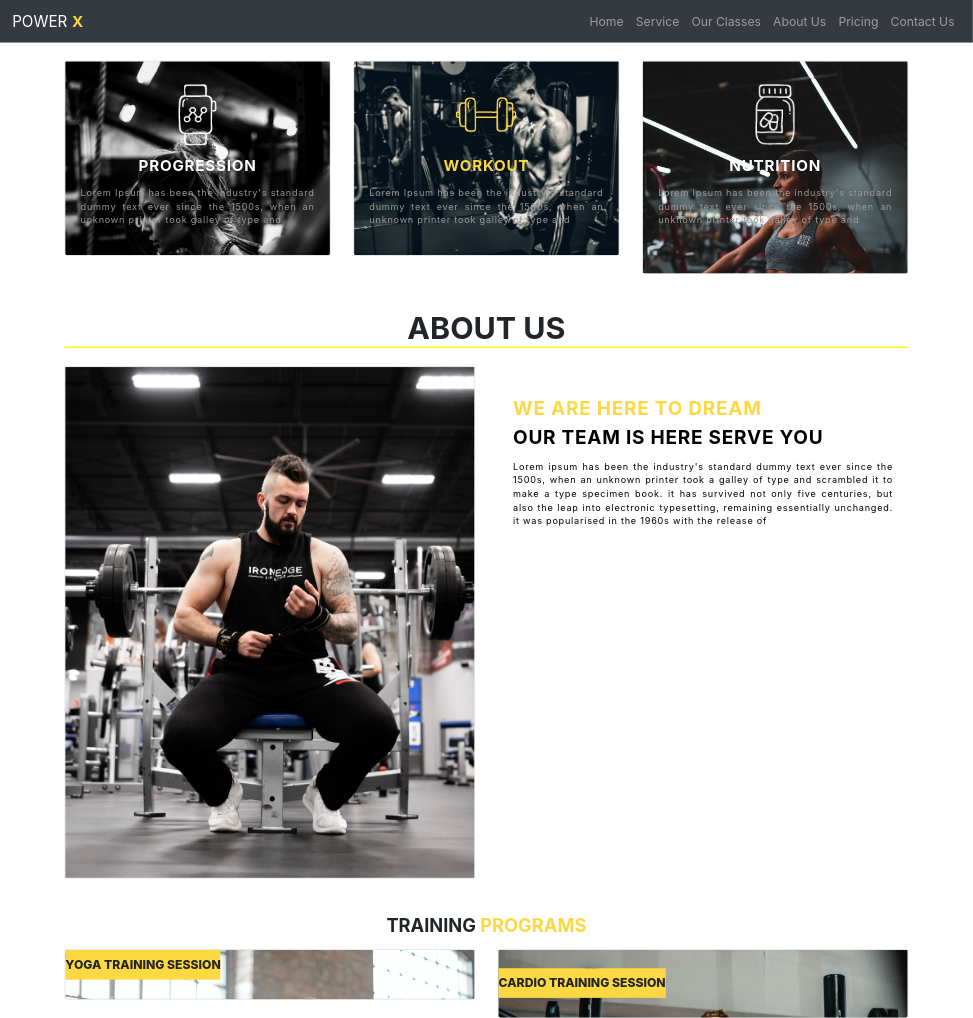
Repository: arif286/power-x-gym
Page: /
The author's editor kept a copy of each file at every save. The page is drawn from the files as they stood at one save, then again after the next save.
The browser window is 1280 px wide. The pictures show the whole page, at 76% of full size.
The project was rebuilt for these pictures with package versions that can differ from the ones it lists, and the page was loaded fresh each time.

Above is the page before, as saved 2021-04-06 21:51:23.

### src/index.js
import React from 'react';
import ReactDOM from 'react-dom';
import App from './App';
import "./index.css";
import reportWebVitals from './reportWebVitals';
ReactDOM.render(
  <React.StrictMode>
    <App />
  </React.StrictMode>,
  document.getElementById('root')
);

// If you want to start measuring performance in your app, pass a function
// to log results (for example: reportWebVitals(console.log))
// or send to an analytics endpoint. Learn more: https://bit.ly/CRA-vitals
reportWebVitals();

### src/App.js
import "bootstrap/dist/css/bootstrap.min.css";
import React from 'react';
import { BrowserRouter as Router, Route, Switch } from "react-router-dom";
import Header from './components/Header/Header';
import Home from './components/Home/Home';
function App() {
  return (
    <div>
      <Router>
        <Header/>
        <Switch>
          <Route path='/home'>
            <Home/>
          </Route>
          <Route exact path='/'>
            <Home/>
          </Route>
        </Switch>
      </Router>
    </div>
  );
}

export default App;

### src/components/Header/Header.js
import React from "react";
import { Nav, Navbar } from "react-bootstrap";


const Header = () => {

  return (
    <div>
      <Navbar bg="dark" variant="dark">
        <Navbar.Brand href="#home">
          POWER
          <span style={{ color: "#FCD842",marginLeft:'6px', fontWeight:700 }}>X</span>
        </Navbar.Brand>
        <Nav className="ml-auto">
          <Nav.Link href="#home">Home</Nav.Link>
          <Nav.Link href="#features">Service</Nav.Link>
          <Nav.Link href="#features">Our Classes</Nav.Link>
          <Nav.Link href="#features">About Us</Nav.Link>
          <Nav.Link href="#features">Pricing</Nav.Link>
          <Nav.Link href="#pricing">Contact Us</Nav.Link>
        </Nav>
      </Navbar>
      <br />
    </div>
  );
};

export default Header;

### src/components/Home/Home.js
import React from "react";
import About from "../About/About";
import Programs from "../Programs/Programs";
import WorkOut from "../WorkOut/WorkOut";

const Home = () => {
  return (
    <>
      <WorkOut />
      <About />
      <Programs/>
    </>
  );
};

export default Home;

### src/components/About/About.js
import React from "react";
import { Card, Col, Container, Row } from "react-bootstrap";
import aboutImg from "../../power-x-gym/Image & Icon/wells-chan-H-vAxuWxmi8-unsplash.jpg";

const About = () => {
  return (
    <>
      <Container className="mt-5">
        <h1 className="text-center mb-4 about-title">about us</h1>
        <Row className="row-cols-1 row-cols-md-2 g-4 ">
          <Col>
            <Card className="h-100">
              <img
                style={{
                  width: "100%",
                  height: "100%",
                  objectFit: "cover",
                }}
                src={aboutImg}
                alt=""
              />
            </Card>
          </Col>
          <Col>
            <Card style={{ border: "none" }} className="h-100 work-card ">
              <Card.Body>
                <h5
                  style={{
                    color: "#FCD842",
                    fontSize: "25px",
                    marginTop: "20px",
                  }}
                >
                  We are here to dream
                </h5>
                <h5 style={{ color: "black", fontSize: "25px" }}>
                  our team is here serve you
                </h5>
                <p style={{ color: "black" }}>
                  Lorem ipsum has been the industry's standard dummy text ever
                  since the 1500s, when an unknown printer took a galley of type
                  and scrambled it to make a type specimen book. it has survived
                  not only five centuries, but also the leap into electronic
                  typesetting, remaining essentially unchanged. it was
                  popularised in the 1960s with the release of
                </p>
              </Card.Body>
            </Card>
          </Col>
        </Row>
      </Container>
    </>
  );
};

export default About;

### src/components/Programs/Programs.js
import React from "react";
import { Card, Col, Container, Row } from "react-bootstrap";
import "./Programs.css";
const Programs = () => {
  return (
    <>
      <Container className="mt-5">
        <h4
          style={{
            textTransform: "uppercase",
            fontWeight: 700,
          }}
          className="text-center mb-3"
        >
          training <span style={{ color: "#fcd842" }}>Programs</span>
        </h4>
        <Row className="row-cols-1 row-cols-md-2 g-4">
          <Col className='pb-sm-4'>
            <Card className="yoga programs-img h-100">
              <h6> Yoga training session</h6>
            </Card>
          </Col>
          <Col>
            <Card className="cardio programs-img h-100">
              <h6>cardio training session</h6>
            </Card>
          </Col>
        </Row>
      </Container>
    </>
  );
};

export default Programs;

### src/components/WorkOut/WorkOut.js
import React from "react";
import { Card, Col, Container, Row } from "react-bootstrap";
import watch from "../../power-x-gym/Image & Icon/Group 80.png";
import dumble from "../../power-x-gym/Image & Icon/Group 81.png";
import box from "../../power-x-gym/Image & Icon/Group 82.png";
import "./WorkOut.css";

const WorkOut = () => {
  return (
    <>
      <Container>
        <Row className="row-cols-1 row-cols-md-3 g-4">
          <Col className="pb-sm-4">
            <Card className="hard-work work-card h-100">
              <Card.Body className="text-center ">
                <img src={watch} className="work-img" alt="" />
                <h5>Progression</h5>
                <p>
                  Lorem Ipsum has been the industry's standard dummy text ever
                  since the 1500s, when an unknown printer took galley of type
                  and
                </p>
              </Card.Body>
            </Card>
          </Col>
          <Col className="pb-sm-4">
            <Card className="work-out work-card h-100">
              <Card.Body className="text-center">
                <img className="work-img" src={dumble} alt="" />
                <h5 style={{ color: "#FCD842" }}>WorkOut</h5>
                <p>
                  Lorem Ipsum has been the industry's standard dummy text ever
                  since the 1500s, when an unknown printer took galley of type
                  and
                </p>
              </Card.Body>
            </Card>
          </Col>
          <Col>
            <Card className="nutrition work-card h-100">
              <Card.Body className="text-center">
                <img className="work-img" src={box} alt="" />
                <h5>nutrition</h5>
                <p>
                  Lorem Ipsum has been the industry's standard dummy text ever
                  since the 1500s, when an unknown printer took galley of type
                  and
                </p>
              </Card.Body>
            </Card>
          </Col>
        </Row>
      </Container>
    </>
  );
};

export default WorkOut;

### src/components/Programs/Programs.css
.yoga {
  background-image: url("../../power-x-gym/Image & Icon/bruce-mars-gJtDg6WfMlQ-unsplash.png");
}
.cardio {
  background-image: url("../../power-x-gym/Image & Icon/arthur-edelman-qfjuh4OLdxw-unsplash.jpg");
}
.programs-img {
  background-repeat: no-repeat;
  background-size: cover;
}
.programs-img h6 {
  text-transform: uppercase;
  margin-top: auto;
  margin-bottom: 25px;
  font-weight: 800;
  background-color: #fcd842;
  padding: 10px 0px;
  display: inline-block !important;
  place-self: flex-start;
}

### src/components/WorkOut/WorkOut.css
.hard-work {
  background-image: url("../../power-x-gym/Image & Icon/hipcravo-5UbIqV58CW8-unsplash.jpg");
}
.work-out {
  background-image: url("../../power-x-gym/Image & Icon/daniel-apodaca-WdoQio6HPVA-unsplash.jpg");
}
.nutrition {
  background-image: url("../../power-x-gym/Image & Icon/penguinuhh-8VI6WwEEEHw-unsplash.jpg");
}
.work-card {
  background-repeat: no-repeat;
  background-size: cover;
}
.work-img {
  width: 80px;
  height: 80px;
  object-fit: contain;
  margin-bottom: 15px;
  margin-top: 10px;
}
.work-card h5 {
  color: white;
  text-transform: uppercase;
  font-weight: 700;
  letter-spacing: 1px;
}
.work-card p {
  color: #9b9999;
  font-size: 12px;
  letter-spacing: 1px;
  text-align: justify;
  margin-top: 15px;
}

.about-title {
  text-transform: uppercase;
  font-weight: 700;
  border-bottom: 2px solid yellow;
}

### src/components/ChooseUs/ChooseUs.js
import React from "react";
import { Card, Col, Container, Row } from "react-bootstrap";
import gift from '../../power-x-gym/Image & Icon/gift-2.png';
import body from '../../power-x-gym/Image & Icon/Group 87.png';
import cycle from '../../power-x-gym/Image & Icon/Group 88.png';



const ChooseUs = () => {
  return (
      <Container className='mt-5'>
          <h5>why choose us</h5>
      <Row className="row-cols-1 row-cols-md-3 g-4">
        <Col className="pb-sm-4">
          <Card>
            <Card.Body>
              <img src={body} alt="" />
            </Card.Body>
          </Card>
        </Col>
        <Col className="pb-sm-4">
          <Card>
            <Card.Body>
              <img src={cycle} alt="" />
            </Card.Body>
          </Card>
        </Col>
        <Col className="pb-sm-4">
          <Card>
            <Card.Body>
              <img src={gift} alt="" />
            </Card.Body>
          </Card>
        </Col>
      </Row>
    </Container>
  );
};

export default ChooseUs;

Loaded but not shown: public/index.html (common file); src/index.css (common file); src/reportWebVitals.js (common file)

After the next save:
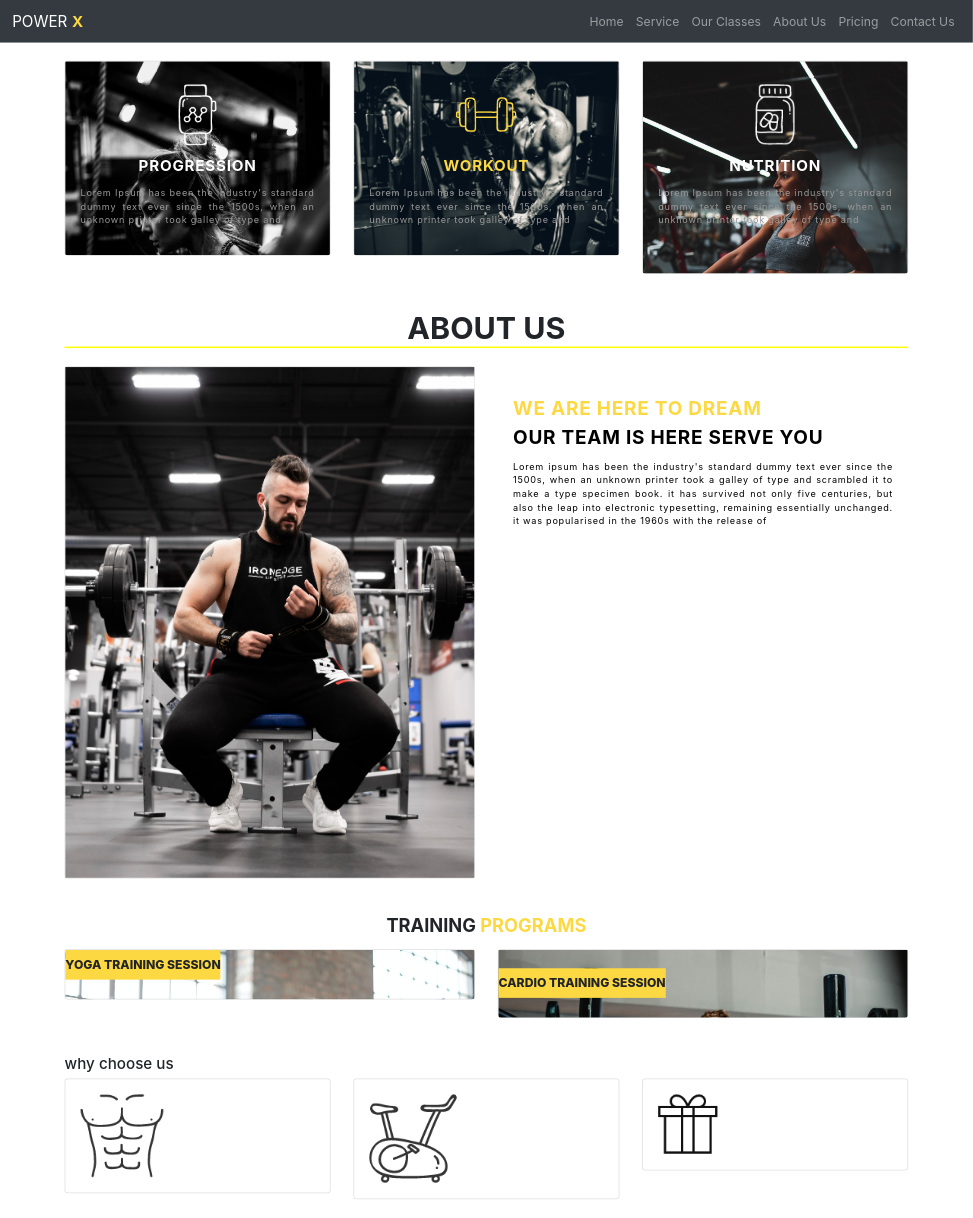
Saved 13 s later.
--- a/src/components/Home/Home.js
+++ b/src/components/Home/Home.js
@@ -1,5 +1,6 @@
 import React from "react";
 import About from "../About/About";
+import ChooseUs from "../ChooseUs/ChooseUs";
 import Programs from "../Programs/Programs";
 import WorkOut from "../WorkOut/WorkOut";
 
@@ -8,7 +9,8 @@ const Home = () => {
     <>
       <WorkOut />
       <About />
-      <Programs/>
+      <Programs />
+      <ChooseUs/>
     </>
   );
 };
